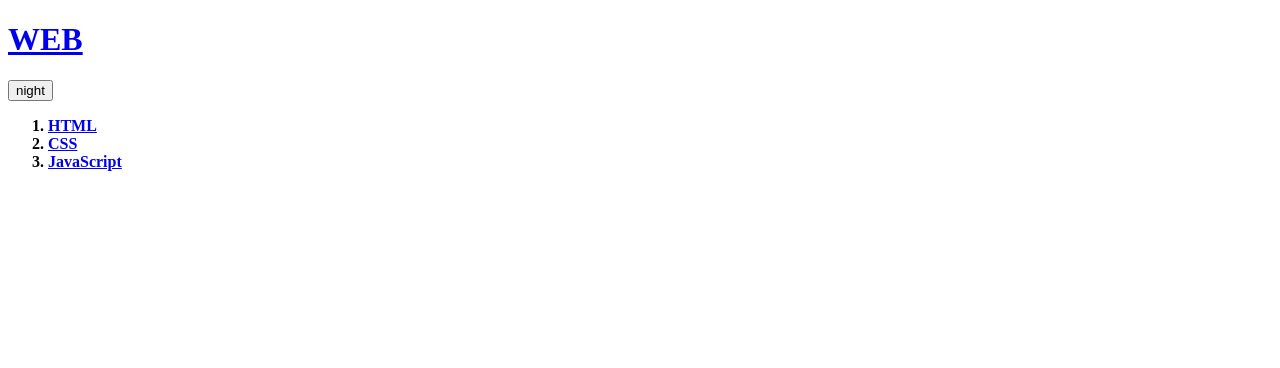
Repository: gitul0515/JavaScript
Page: 생활코딩/web2_javascript-master/web2_javascript-master/1.html
The author's editor kept a copy of each file at every save. The page is drawn from the files as they stood at one save, then again after the next save.
The browser window is 1280 px wide. The pictures show the whole page.
The page's requests for data from a server got no answer. Some web libraries are served in a nearby version.

Above is the page before, as saved 2022-03-07 20:51:49.

After the next save:
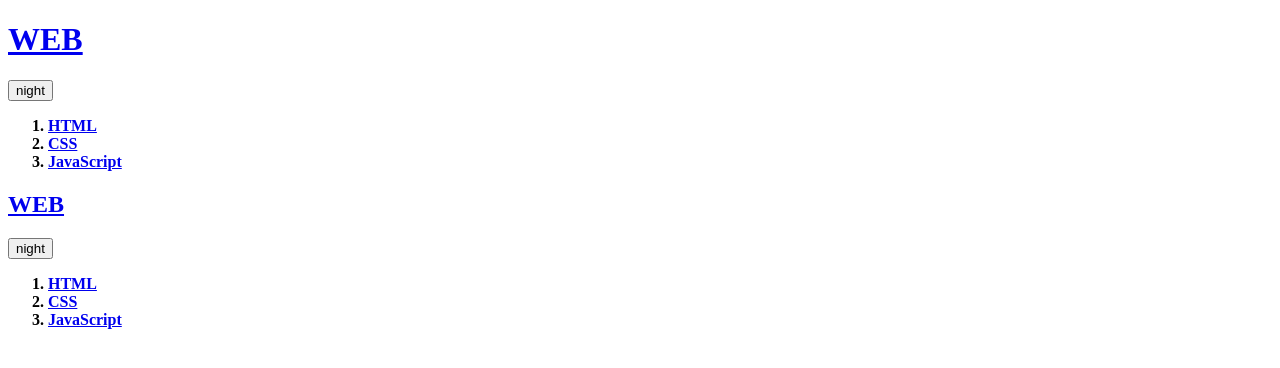
Saved 9 s later.
--- a/생활코딩/web2_javascript-master/web2_javascript-master/1.html
+++ b/생활코딩/web2_javascript-master/web2_javascript-master/1.html
@@ -34,7 +34,7 @@
     if (location.hash) {
       fetchPage(location.hash.substr(2));
     } else {
-      fetchPage()
+      fetchPage('')
     }
   </script>
 </body>

After the 2 saves that followed:
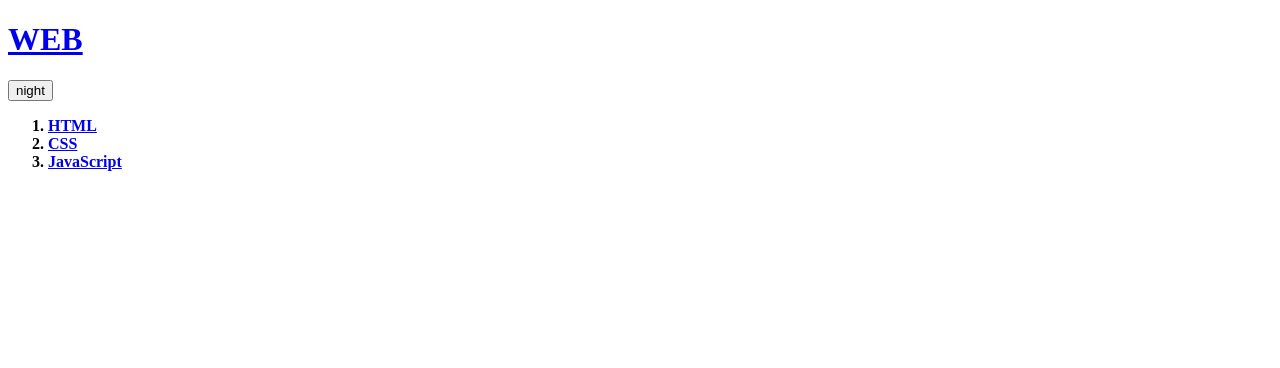
The 2 saves are shown as one change because they came seconds apart.
The last was saved 5 s later.
--- a/생활코딩/web2_javascript-master/web2_javascript-master/1.html
+++ b/생활코딩/web2_javascript-master/web2_javascript-master/1.html
@@ -34,7 +34,7 @@
     if (location.hash) {
       fetchPage(location.hash.substr(2));
     } else {
-      fetchPage('')
+      fetchPage('welcome');
     }
   </script>
 </body>
